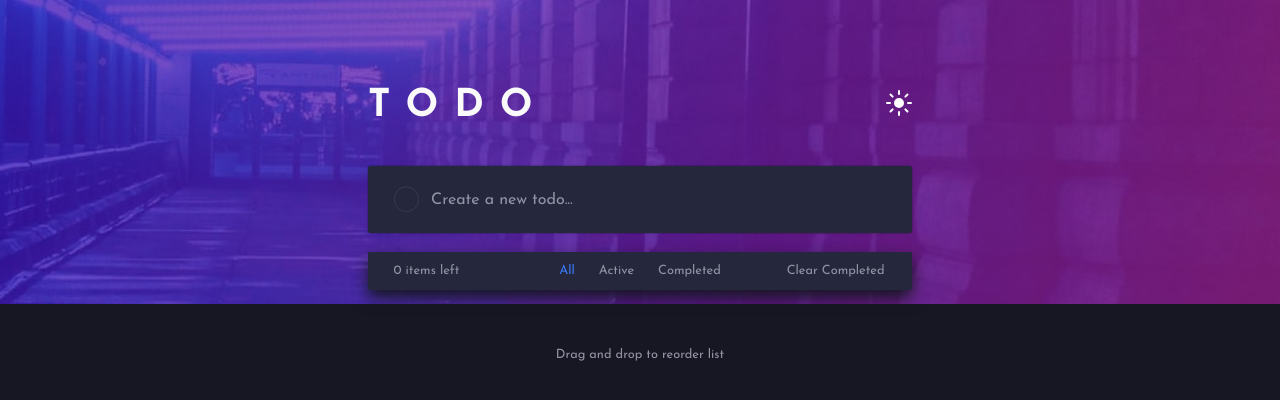
Repository: Ahmed-Abdul-ghaffar/ToDo-App
Page: /
These files come from the project's save history. The page is drawn as it stood at one moment and after the next save; the edit follows.
The browser window is 1280 px wide. The pictures show the whole page.
The project was rebuilt for these pictures with package versions that can differ from the ones it lists, and the page was loaded fresh each time. Also part of the build but not shown: vite.config.js.

Above is the page before, as saved 2026-11-07 11:02:05.

After the next save:
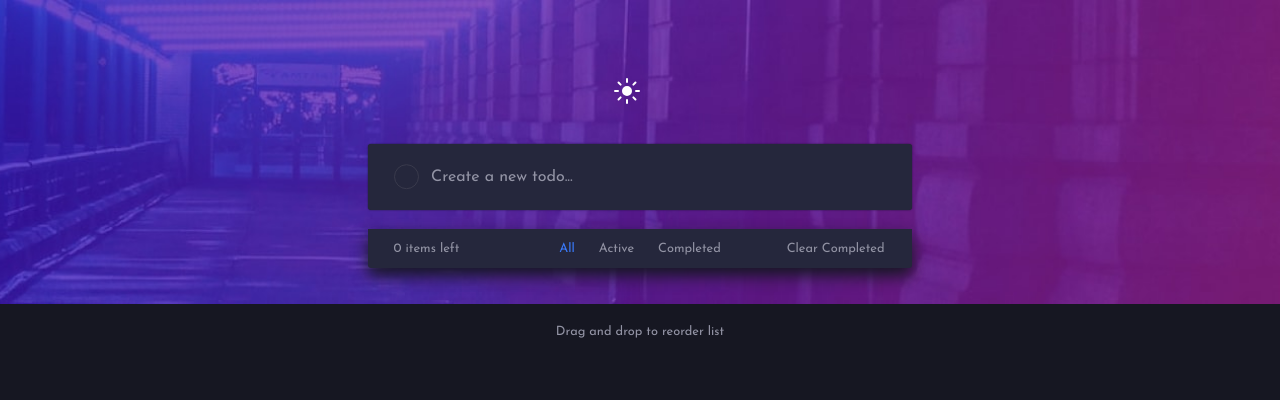
Saved 2 min 35 s later.
--- a/index.html
+++ b/index.html
@@ -18,7 +18,7 @@
   <body>
     <div class="container">
       <header class="header">
-        <h1 class="header__logo">TODO</h1>
+        <!-- <h1 class="header__logo">TODO</h1> -->
 
         <button
           class="header__theme-icon header__theme-icon-moon"

After the save that followed:
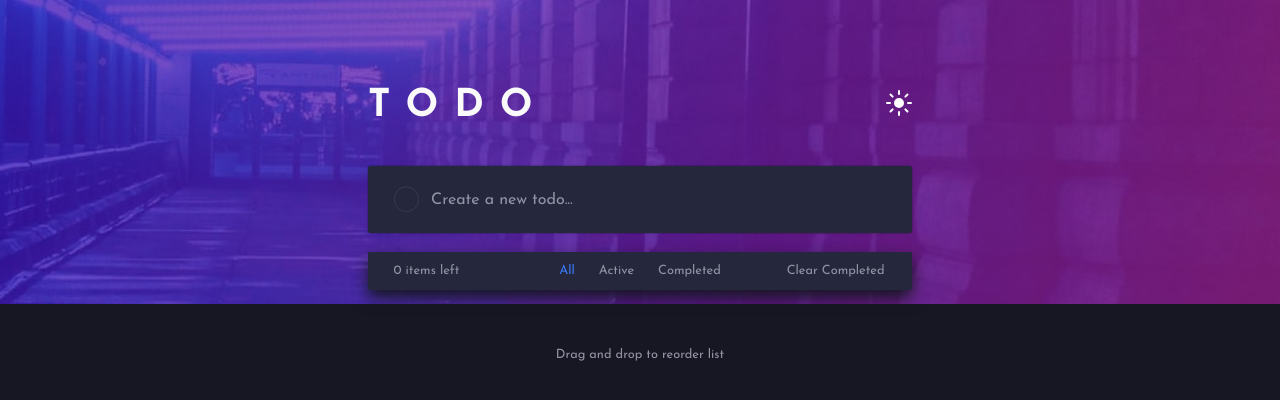
Saved 8 min 55 s later.
--- a/index.html
+++ b/index.html
@@ -18,7 +18,7 @@
   <body>
     <div class="container">
       <header class="header">
-        <!-- <h1 class="header__logo">TODO</h1> -->
+        <h1 class="header__logo">TODO</h1>
 
         <button
           class="header__theme-icon header__theme-icon-moon"
